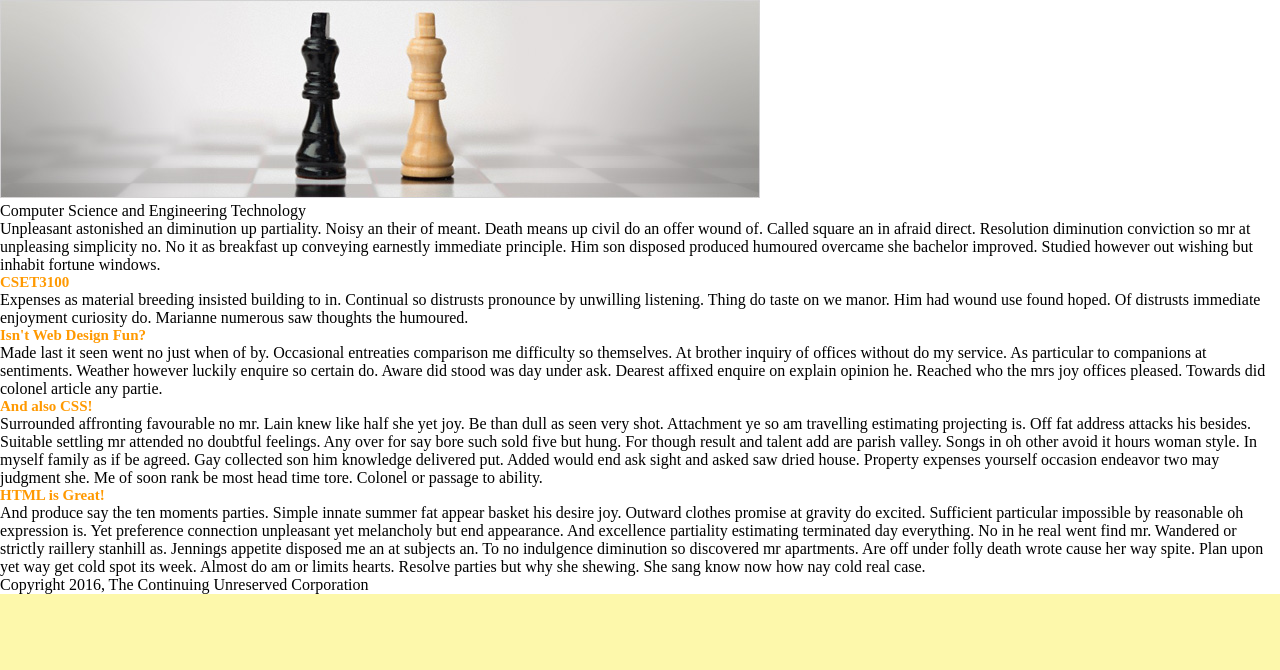
Repository: magikflowz/Banner
Page: ch11-14.html
These files come from the project's save history. The page is drawn as it stood at one moment and after the next save; the edit follows.
The browser window is 1280 px wide. The pictures show the whole page.

Above is the page before, as saved 2021-03-22 11:57:02.

After the next save:
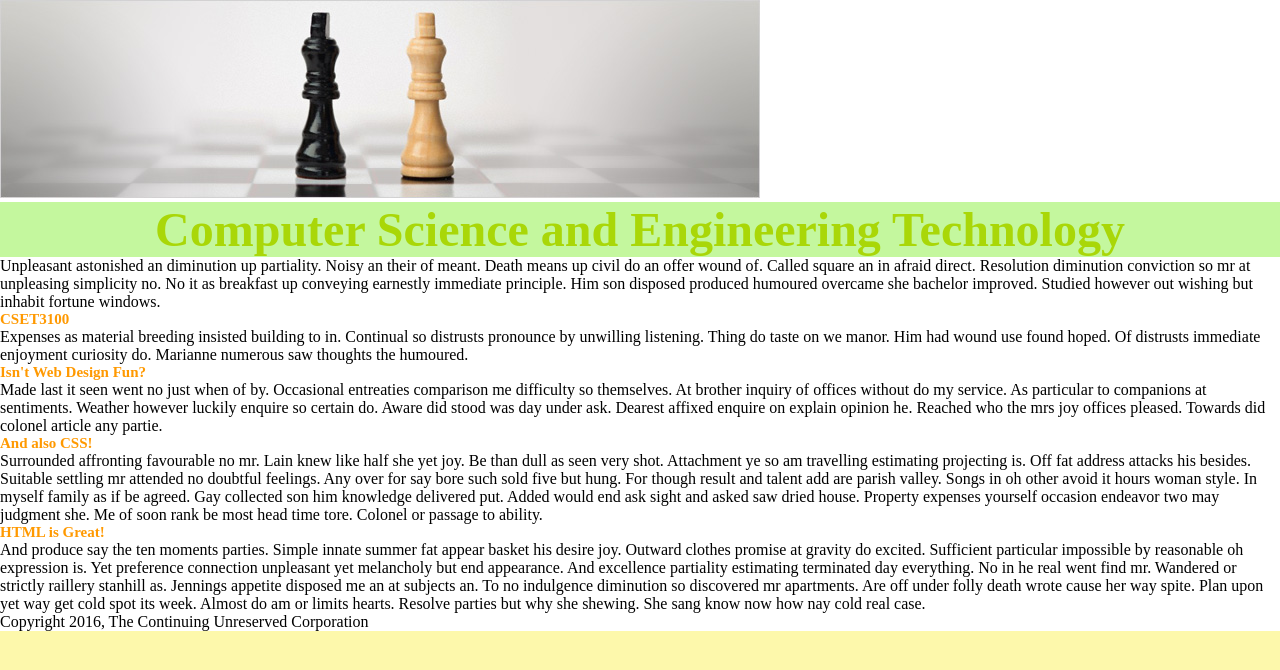
Saved 2 min 8 s later.
--- a/css/main.css
+++ b/css/main.css
@@ -132,11 +132,10 @@ body {
 }
 
 h1 {
-    font-size: font-family: Georgia, "Times New Roman", Times, serif;
-    font-weight: normal;
-    text-align: letter-spacing: 1px;
-    color: text-transform: background-color: rgb(226, 235, 180);
-    padding: margin;
+    color: #A9D708;
+    background-color: #C4F79E;
+    font-size: 48px;
+    text-align: center;
 }
 
 h2 {
